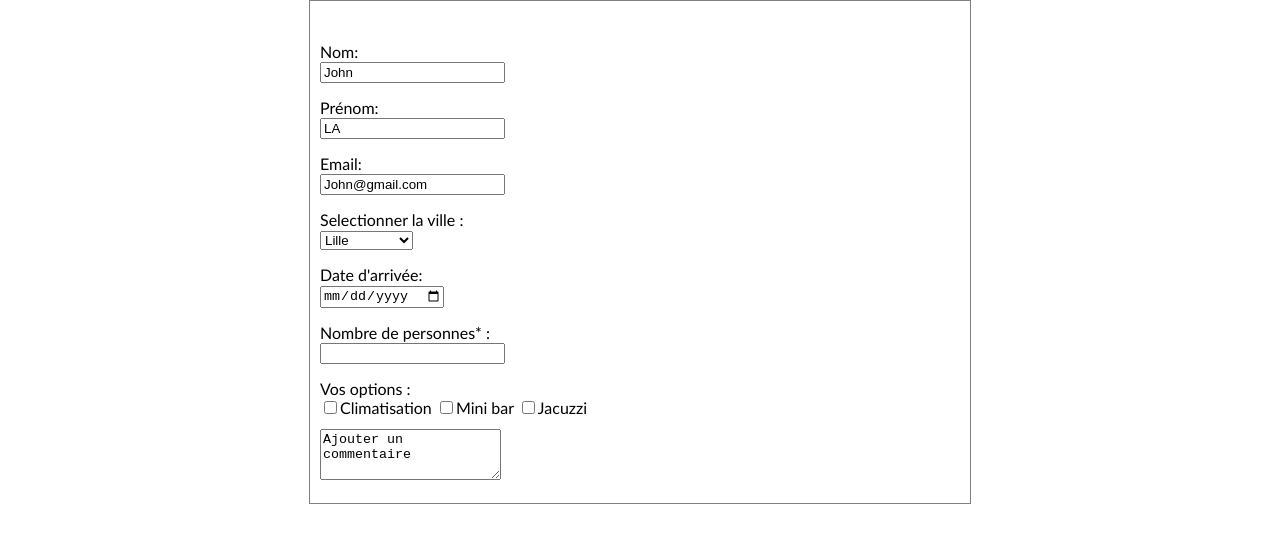
Repository: Coumba25040/coumbaProjet
Page: Env/index.html
These files come from the project's save history. The page is drawn as it stood at one moment and after the next save; the edit follows.
The browser window is 1280 px wide. The pictures show the whole page.

Above is the page before, as saved 2024-10-14 19:54:58.

### Env/index.html
<!DOCTYPE html>
<html lang="fr">

<head> <!-- partie invisible -->
    <meta charset="UTF-8">
    <meta http-equiv="X-UA-Compatible" content="IE=edge">
    <meta name="viewport" content="width=device-width, initial-scale=1.0">
    <title>Formulaire de réservation</title>

    <style>
        body {
            width: 50%;
            margin: auto;
            border: 1px solid gray;
            padding: 20px 10px;
            font-family: 'Gill Sans', 'Gill Sans MT', Calibri, 'Trebuchet MS', sans-serif;
        }

        h1,
        h3 {
            background: white;
            text-align: center;
        }

        label,
        input,
        select {
            margin-bottom: 15px;
        }
    </style>
</head>

<body> <!-- corps de la page début du contenu qui sera affiché -->

    <h1> </h1> <!-- Titre de niveau 1 -->
    <h3> </h3> <!-- Titre de niveau 3 (plus petit) -->

    <!-- début du formulaire -->
    <form id="registration_form" method="POST">
        <label for="Nom">Nom:<br>
<input type="text" name="Nom" value="John"></label></br>

<label for="Nom">Prénom:<br>
    <input type="text" name="Prénom" value="LA"></label></br>

    <label for="Email">Email:<br>
        <input type="text" name="Email" value="John@gmail.com"></label></br>


        <label for="ville">Selectionner la ville : </label> <br>

        <select id="ville" name="ville">

            <option value="ville">Lille</option>
            <option value="ville">Paris</option>
            <option value="ville">Bordeaux</option>
            <option value="ville">Marseille</option>
            <option value="ville">Nantes</option>
            <option value="ville">Lyon</option>
            <option value="ville">La Rochelle</option>
            <option value="ville">Poitiers</option>
            <option value="ville">Toulouse</option>

        </select></br>

        <label for="date">Date d'arrivée:</label><br>
        <input type="date"></br>


        <label for="nombre de personnes">Nombre de personnes* :<br>
            <input type="number"name="Nombre" value="option"></label></br>


            <label for="Vos option">Vos options :<br>
            <input type="checkbox"name="option" value="climatisation">Climatisation</label></input>
            <input type="checkbox"name="option" value="climatisation">Mini bar</label></input>
            <input type="checkbox"name="option" value="climatisation">Jacuzzi</label></input></br>



        <textarea name="commentaire" rows="3" cols="20">Ajouter un commentaire</textarea>



    </form> <!--  fin du formulaire -->
</body> <!-- fin du contenu de la page -->

</html>

After the next save:
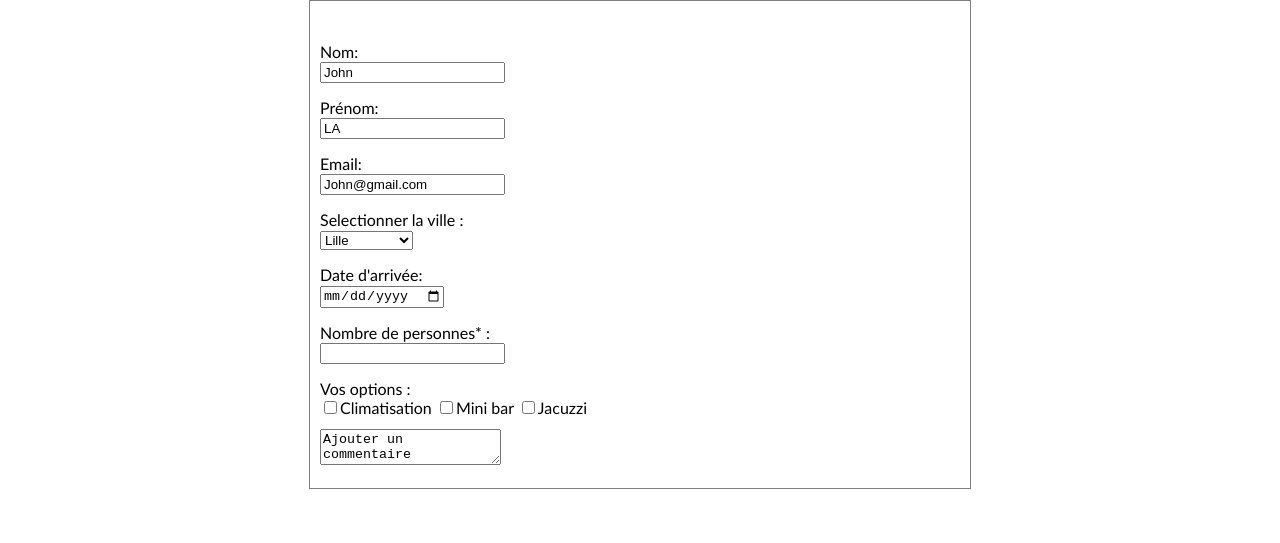
Saved 14 s later.
--- a/Env/index.html
+++ b/Env/index.html
@@ -78,7 +78,7 @@
 
 
 
-        <textarea name="commentaire" rows="3" cols="20">Ajouter un commentaire</textarea>
+        <textarea name="commentaire" rows="2" cols="20">Ajouter un commentaire</textarea>
 
 
 
